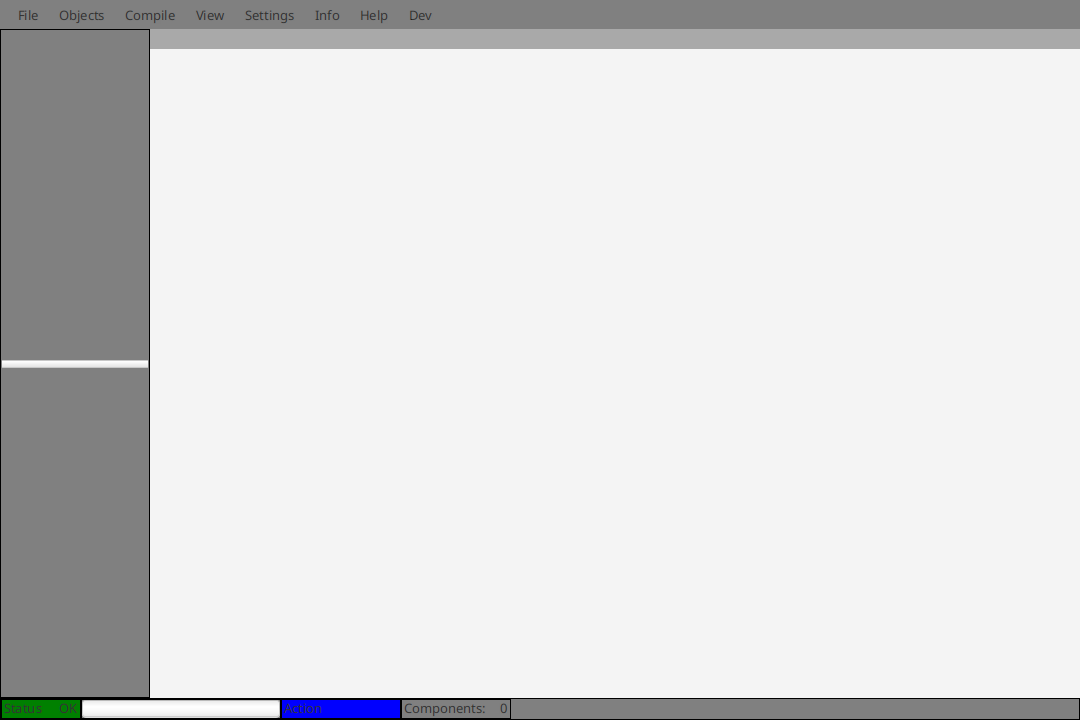
Repository: knoxaramav2/Sapa
Program's window: java nSketch/nSketch/src/system/Launcher.java
These files come from the project's save history. The program's window is drawn as it stood at one moment and after the next save; the edit follows.
It runs on Java 21 on a 1366 x 768 screen with JavaFX 11; the title bar is not drawn.

Above is the program's window before, as saved 2016-02-29 03:40:23.

After the next save:
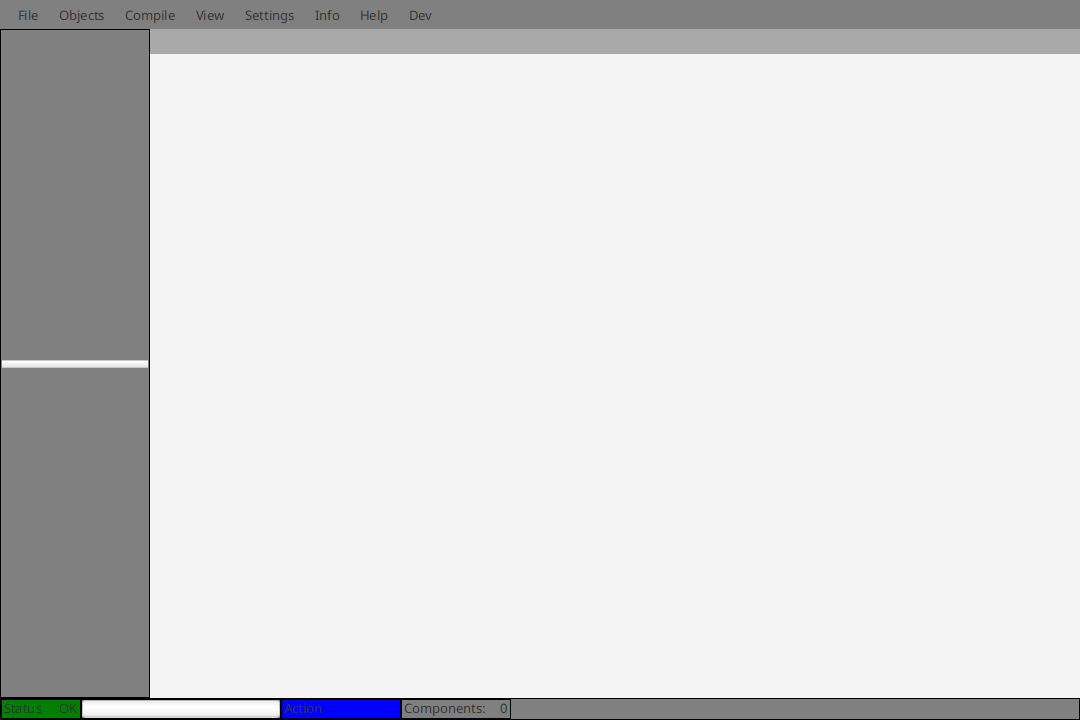
Saved 11 s later.
--- a/nSketch/nSketch/src/gui/Layout.fxml
+++ b/nSketch/nSketch/src/gui/Layout.fxml
@@ -123,7 +123,7 @@
 	<center>
 		<VBox spacing="10.0">
 			<children>
-				<TabPane style="-fx-background-color:darkgray" minHeight="20">
+				<TabPane style="-fx-background-color:darkgray" minHeight="25">
 
 				</TabPane>
 				<Pane style="-fx-background-color:black">
